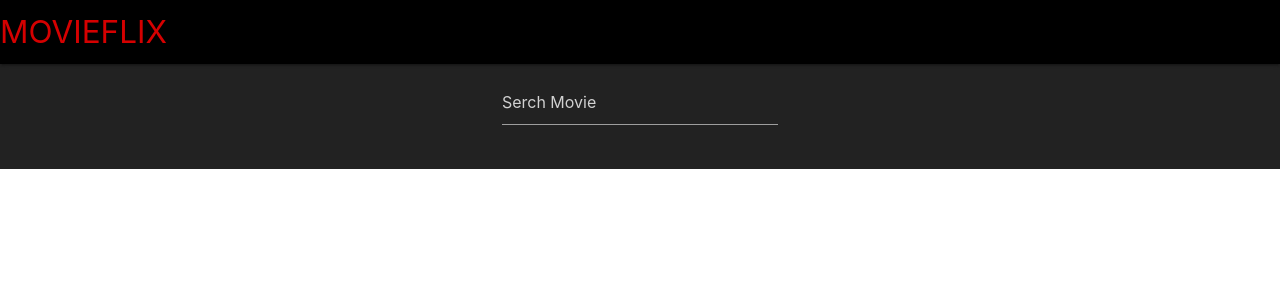
Repository: Reiya-1003/React-Ts-Node-App
Page: /
These files come from the project's save history. The page is drawn as it stood at one moment and after the next save; the edit follows.
The browser window is 1280 px wide. The pictures show the whole page.
The page's requests for data from a server got no answer. The project was rebuilt for these pictures with package versions that can differ from the ones it lists, and the page was loaded fresh each time. A package was used in the major version that the imports need, not the one package.json lists. No one was signed in, and anything a server would have sent is missing. Also part of the build but not shown: src/Styles.module.css, src/components/Detail.tsx.

Above is the page before, as saved 2021-11-18 11:47:08.

### public/index.html
<!DOCTYPE html>
<html lang="en">
  <head>
    <meta charset="utf-8" />
    <link rel="icon" href="%PUBLIC_URL%/favicon.ico" />
    <meta name="viewport" content="width=device-width, initial-scale=1" />
    <meta name="theme-color" content="#000000" />
    <meta
      name="description"
      content="Web site created using create-react-app"
    />
    <link rel="apple-touch-icon" href="%PUBLIC_URL%/logo192.png" />
    <!--
      manifest.json provides metadata used when your web app is installed on a
      user's mobile device or desktop. See https://developers.google.com/web/fundamentals/web-app-manifest/
    -->
    <link rel="manifest" href="%PUBLIC_URL%/manifest.json" />
    <link
      rel="stylesheet"
      href="https://cdnjs.cloudflare.com/ajax/libs/materialize/1.0.0/css/materialize.min.css"
    />
    <!--
      Notice the use of %PUBLIC_URL% in the tags above.
      It will be replaced with the URL of the `public` folder during the build.
      Only files inside the `public` folder can be referenced from the HTML.

      Unlike "/favicon.ico" or "favicon.ico", "%PUBLIC_URL%/favicon.ico" will
      work correctly both with client-side routing and a non-root public URL.
      Learn how to configure a non-root public URL by running `npm run build`.
    -->
    <title>React App</title>
  </head>
  <body>
    <noscript>You need to enable JavaScript to run this app.</noscript>
    <div id="root"></div>
    <!--
      This HTML file is a template.
      If you open it directly in the browser, you will see an empty page.

      You can add webfonts, meta tags, or analytics to this file.
      The build step will place the bundled scripts into the <body> tag.

      To begin the development, run `npm start` or `yarn start`.
      To create a production bundle, use `npm run build` or `yarn build`.
    -->
  </body>
</html>

### src/index.tsx
import React from "react";
import ReactDOM from "react-dom";

import App from "./components/App";

import reportWebVitals from "./reportWebVitals";

interface Props {
  sum: number;
  per: number;
  onChange: (e: { page: number }) => void;
}

ReactDOM.render(
  <React.StrictMode>
    <App />
  </React.StrictMode>,
  document.getElementById("root")
);

// If you want to start measuring performance in your app, pass a function
// to log results (for example: reportWebVitals(console.log))
// or send to an analytics endpoint. Learn more: https://bit.ly/CRA-vitals
reportWebVitals();

### src/components/App.tsx
import React, { createContext, useState } from "react";
import Nav from "./Nav";
import Seathbox from "./Searthbox";
import Detail from "./Detail";
import {
  BrowserRouter as Router,
  Switch,
  Route,
  BrowserRouter,
} from "react-router-dom";

export const MovieContext = createContext<any>([]);
export const SerchContext = createContext<any>("");
export const TotalContext = createContext<any>(0);
export const CurrentContext = createContext<any>(1);

interface Props {
  sum?: number;
  per?: number;
  onChange?: (e: { page: number }) => void;
}

export const App: React.FC<Props> = (props) => {
  const [movies, setMovies] = useState<any>([]);
  const [searchTerm, setSearchterm] = useState<any>("");
  const [totalResulte, setTotal] = useState<any>(0);
  const [currentPage, setCurrent] = useState<any>(1);

  const handlePaginate = (page: number) => {
    fetch(
      `https://api.themoviedb.org/3/search/movie?api_key=78eb03987f34d05d918381d81d8257fe&language=ja-JA&page=1&query=${searchTerm}&page=${page}`
    )
      .then((data) => data.json())
      .then((data) => {
        console.log(data);
        const newResult = data.results;
        const newCurrent = page;
        setMovies(newResult);
        setCurrent(newCurrent);
      });
  };

  return (
    <div className="App" style={{ backgroundColor: "#222222" }}>
      <Router>
        <Nav />
        <Switch>
          <MovieContext.Provider value={movies}>
            <SerchContext.Provider value={searchTerm}>
              <TotalContext.Provider value={totalResulte}>
                <CurrentContext.Provider value={currentPage}>
                  <Route path="/" exact component={Seathbox} />
                  <Route path="/detail/:item_id" exact component={Detail} />
                </CurrentContext.Provider>
              </TotalContext.Provider>
            </SerchContext.Provider>
          </MovieContext.Provider>
        </Switch>
      </Router>
    </div>
  );
};

export default App;

### src/components/Nav.tsx
import React from "react";
import styles from "../Styles.module.css";

const Nav = () => {
  return (
    <nav className="black">
      <span>
        <span
          className=".nav-wrapper container"
          style={{ position: "absolute", left: 0 }}
        >
          <a href="" className="brand-logo">
            <div className="red-text text-accent-4">MOVIEFLIX</div>
          </a>
        </span>
      </span>
    </nav>
  );
};

export default Nav;

### src/components/Searthbox.tsx
import React, { useContext, useState, useEffect } from "react";
import {
  BrowserRouter as Router,
  Route,
  Link,
  Switch,
  useHistory,
  useParams,
} from "react-router-dom";
import {
  MovieContext,
  SerchContext,
  CurrentContext,
  TotalContext,
} from "./App";

import MuiPagination from "@material-ui/lab/Pagination";
import { withStyles } from "@material-ui/core/styles";

const Searthbox = ({ pageContext }: any) => {
  let Movie = useContext(MovieContext); //映画のコンテキスト
  const Search = useContext(SerchContext); //検索ボックス用のコンテキスト
  const [movies, setMovies] = useState<any>({}); //検索したワードの映画の表示に使う
  const [firstList, setFirstList] = useState<any>([]); //最初にアクセスした画面の映画の表示
  const [searchTerm, setSearchterm] = useState<string>(); //検索ワードが入る

  let [pageLinks, setLinks]: any = useState([]); //検索結果の映画のトータルページを数える
  const IMG_PATH = "https://image.tmdb.org/t/p/w1280"; //映画の画像のパスに使う
  const [page, setPage] = useState(1); //ページの個数を保存するその数だけページングを作る

  let newListItem = [];

  useEffect(() => {
    fetch(
      "https://api.themoviedb.org/3/movie/now_playing?api_key=78eb03987f34d05d918381d81d8257fe&language=ja&page=1"
    )
      .then((response) => {
        return response.json();
      })
      .then((firstdata) => {
        //取得したJSONデータの処理
        const newFirstlist = firstdata.results;
        setFirstList(newFirstlist);
        console.log(firstdata.results);
        console.log(firstList);
        Movie.push(newFirstlist);
      })
      .catch((error) => {
        //エラー発生時の処理
        console.log("error");
      });
  }, []); //最初に出てくる映画のリスト（時期によって変わる）

  const handleSubmit = (e: React.FormEvent<HTMLFormElement>) => {
    e.preventDefault();

    fetch(
      `https://api.themoviedb.org/3/search/movie?api_key=78eb03987f34d05d918381d81d8257fe&language=ja-JA&page=1&query=${searchTerm}`
    )
      .then((data) => data.json())
      .then((data) => {
        console.log(data);
        const newResult = data.results;

        setMovies(newResult);

        console.log(movies);
        Movie.shift();
        Movie.push(data.results);
        let newLinks = [];

        for (let i = 0; i < data.total_pages; i++) {
          newLinks.push(i + 1);
        }
        setLinks(newLinks);
        console.log(data.total_pages);
      });
  }; //検索するときのonSbmit

  const handleChange = (e: string | any) => {
    const newSerch = e.target.value;
    setSearchterm(newSerch);
    console.log(searchTerm);
  }; //入力した単語をserchTerm（検索ワード）にセットするonChange

  const handleChangePage = (
    event: React.ChangeEvent<unknown>,
    value: number
  ) => {
    event.preventDefault();
    const newValue = value;
    setPage(newValue);
    console.log(newValue); //リアルタイムでページ番号
    fetch(
      `https://api.themoviedb.org/3/search/movie?api_key=78eb03987f34d05d918381d81d8257fe&language=ja-JA&page=1&query=${searchTerm}&page=${newValue}`
    )
      .then((data) => data.json())
      .then((data) => {
        console.log(data);
        const newResult = data.results;

        Movie.shift();
        Movie.push(newResult);
        console.log(Movie[0]);
      });
  }; //ページ番号ごとの映画を表示するonChange

  return (
    // 検索ボックス
    <div className="container">
      <div className="row">
        <section className="col s4 offset-s4">
          <form action="" onSubmit={handleSubmit}>
            <div className="input-field">
              <input
                placeholder="Serch Movie"
                type="text"
                onChange={handleChange}
                style={{ color: "white" }}
              />
            </div>
          </form>
        </section>
      </div>
      {/* 映画の一覧（２０件分）  */}
      <div className="container">
        <div className="row">
          <div className="col s12">
            {Movie.length === 0
              ? firstList.map((list: any, i: any) => {
                  return (
                    <div className="col s12 m6 l3" key={i}>
                      <div className="card">
                        <div className="card-image waves-effect waves-block waves-light">
                          <Link to={`/detail/${list.id}`}>
                            <img
                              src={IMG_PATH + list.poster_path}
                              alt="card image"
                              style={{ width: "100%", height: 360 }}
                            ></img>
                          </Link>
                        </div>
                      </div>
                    </div>
                  );
                })
              : Movie[0].map((list: any, i: any) => {
                  return (
                    <div className="col s12 m6 l3" key={i}>
                      <div className="card">
                        <div className="card-image waves-effect waves-block waves-light">
                          <Link to={`/detail/${list.id}`}>
                            <img
                              src={IMG_PATH + list.poster_path}
                              alt="card image"
                              style={{ width: "100%", height: 360 }}
                            ></img>
                          </Link>
                        </div>
                      </div>
                    </div>
                  );
                })}
          </div>
        </div>
      </div>
      {/* ページネーション */}
      <div>
        {Movie.length === 0 ? (
          <p></p>
        ) : (
          <div>
            <MuiPagination
              count={pageLinks.length}
              page={page}
              variant="outlined"
              color="primary"
              onChange={handleChangePage}
            />
            {/* <p>page：{page}</p> */}
          </div>
        )}
      </div>
    </div>
  );
};

export default Searthbox;

Loaded but not shown: src/reportWebVitals.ts (common file)

After the next save:
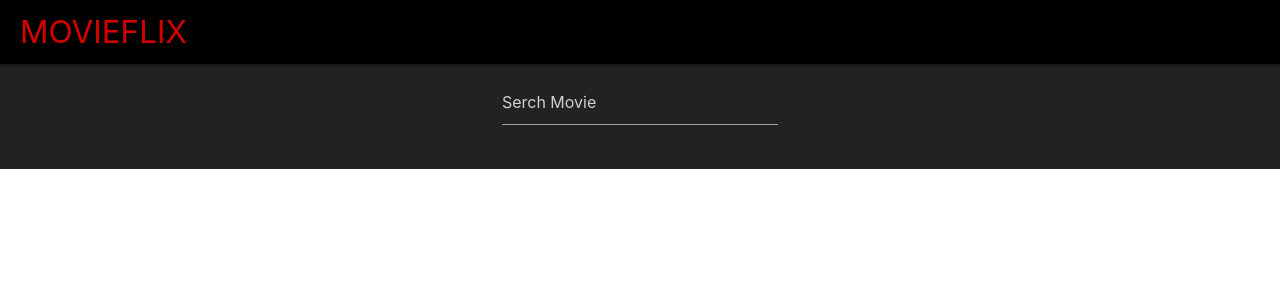
Saved 10 s later.
--- a/src/components/Nav.tsx
+++ b/src/components/Nav.tsx
@@ -7,7 +7,7 @@ const Nav = () => {
       <span>
         <span
           className=".nav-wrapper container"
-          style={{ position: "absolute", left: 0 }}
+          style={{ position: "absolute", left: 20 }}
         >
           <a href="" className="brand-logo">
             <div className="red-text text-accent-4">MOVIEFLIX</div>
